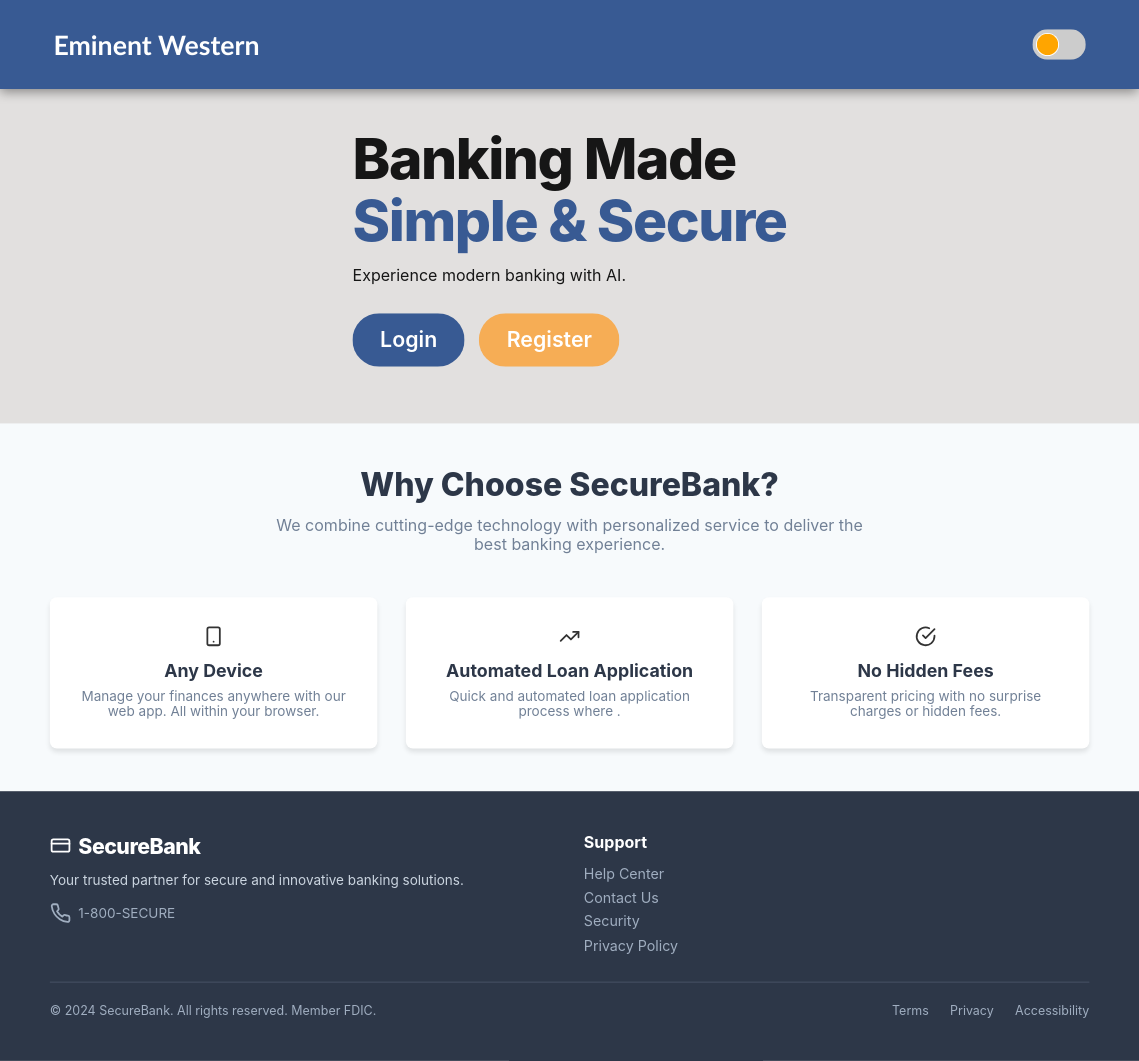
Repository: Kong-fish/FYP_repo
Page: / (app in fyp_web/)
These files come from the project's save history. The page is drawn as it stood at one moment and after the next save; the edit follows.
The browser window is 1280 px wide. The pictures show the whole page, at 89% of full size.
The project was rebuilt for these pictures with package versions that can differ from the ones it lists, and the page was loaded fresh each time. Also part of the build but not shown: fyp_web/src/Landing/Register.tsx, fyp_web/src/Landing/Login.tsx, fyp_web/src/Landing/Forgot_Password.tsx, fyp_web/src/Dashboard/Admin_Dashboard.tsx, fyp_web/src/Cust_Function/Cust_Pass_Ver.tsx, fyp_web/src/Dashboard/Customer_Dashboard.tsx, fyp_web/src/Admin_Function/AdminFunction.css, fyp_web/src/Admin_Function/ReviewLoan.tsx and 14 more.

Above is the page before, as saved 2025-06-27 02:23:32.

After the next save:
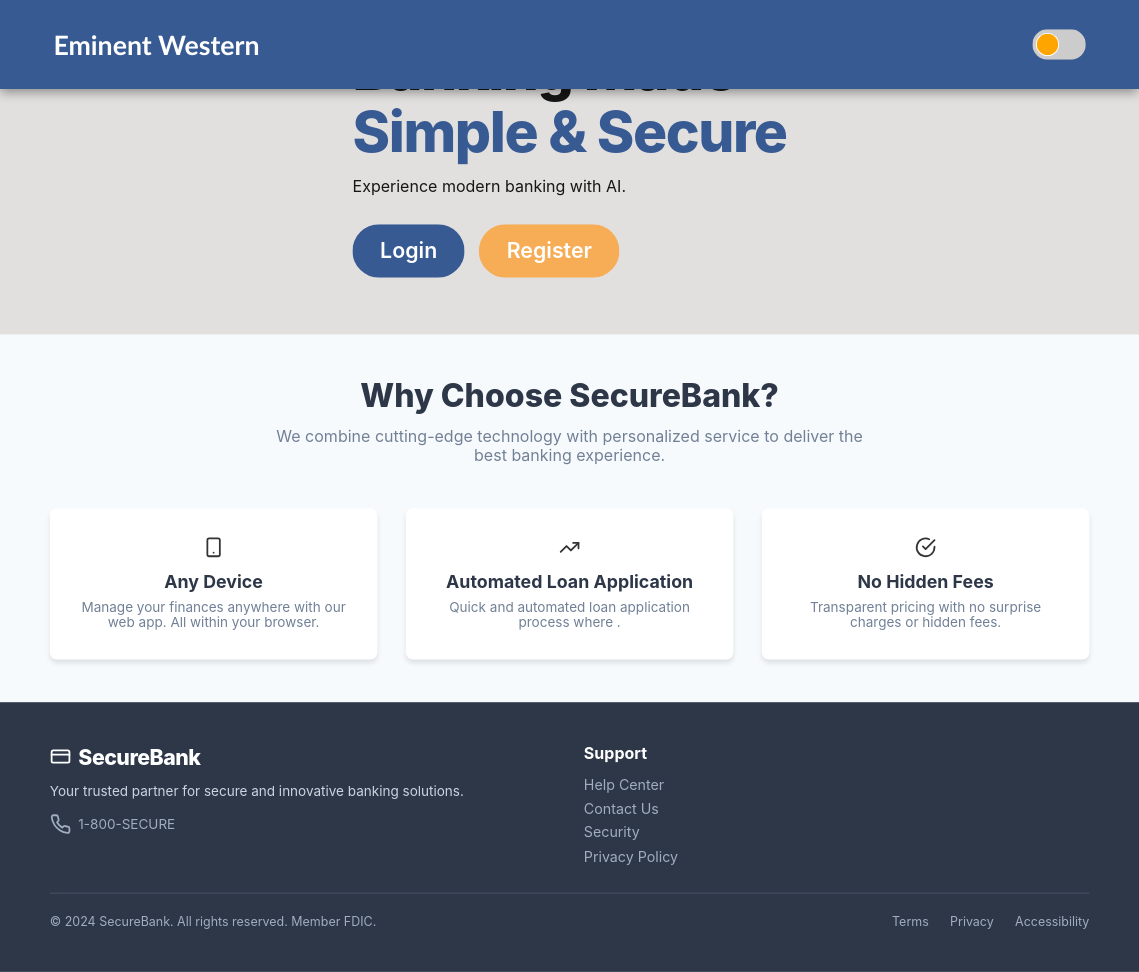
Saved 109 s later.
--- a/fyp_web/src/shared/Header.css
+++ b/fyp_web/src/shared/Header.css
@@ -27,8 +27,9 @@
     background-color: var(--header-bg); /* Uses static header background */
     display: flex;
     justify-content: center;
-    position: sticky; /* Make the header stick to the top when scrolled */
+    position: fixed; /* Changed from 'sticky' to 'fixed' to ensure it always stays on top */
     top: 0; /* Stick to the top edge */
+    left: 0; /* Ensure it starts from the left edge */
     z-index: 1000; /* Ensure it stays on top of other content */
 }
 
